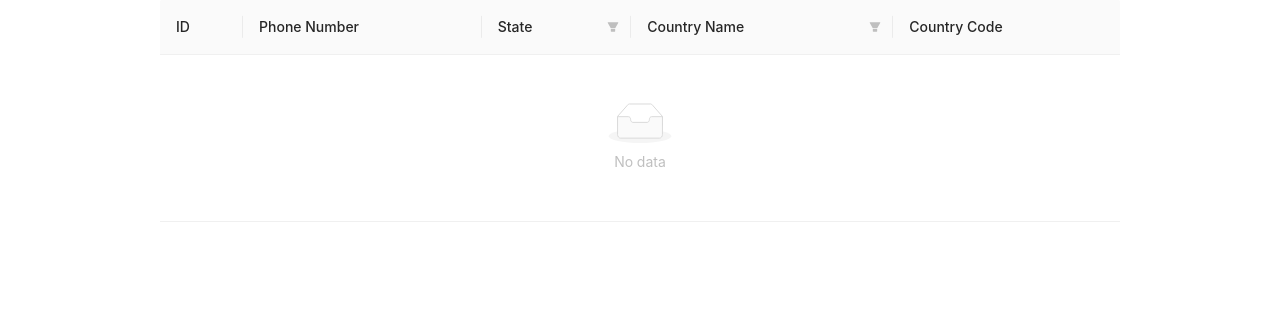
Repository: MohamedMedhat96/jumia-phone-directory-task
Page: / (app in jumia-task-frontend/)
These files come from the project's save history. The page is drawn as it stood at one moment and after the next save; the edit follows.
The browser window is 1280 px wide. The pictures show the whole page.
The project was rebuilt for these pictures with package versions that can differ from the ones it lists, and the page was loaded fresh each time.

Above is the page before, as saved 2021-10-15 13:58:19.

### jumia-task-frontend/src/App.js
import { Table } from "antd";
import Search from "antd/lib/input/Search";
import "antd/dist/antd.css";
import { useState } from "react";

function App() {

  const [pagination, setPagination] = useState({ current: 1, pageSize: 10, total: 0 })
  const stateSearch = () => {
    return <div>
      <Search
        placeholder="Search"
        onChange={e => console.log(e.target.value)}
        onPressEnter={console.log("search")}>
      </Search> </div>
  }
  const columns = [
    { title: "ID", dataIndex: "id", key: "id" },
    { title: "Phone Number", dataIndex: "phoneNumber", key: "phoneNumber" },
    { title: "State", dataIndex: "state", key: "state", filters: [{ text: "True", value: "true" }, { text: "False", value: "false" }] },
    { title: "Country Name", dataIndex: "countryName", key: "countryName", filterDropdown: stateSearch },
    { title: "Country Code", dataIndex: "countryCode", key: "countryCode" }
  ]
  return (
    <Table
      columns={columns}
      style={{ width: '75%', height: '100%', display: 'block', marginLeft: 'auto', marginRight: 'auto' }}
      pagination={pagination}>
    </Table >
  );
}

export default App;

Loaded but not shown: jumia-task-frontend/public/index.html (common file); jumia-task-frontend/src/index.js (common file); jumia-task-frontend/src/index.css (common file)

After the next save:
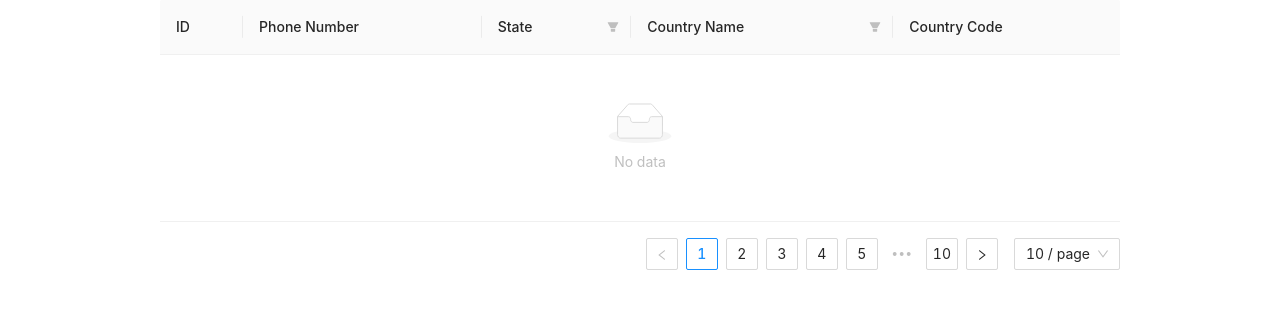
Saved 24 s later.
--- a/jumia-task-frontend/src/App.js
+++ b/jumia-task-frontend/src/App.js
@@ -5,7 +5,7 @@ import { useState } from "react";
 
 function App() {
 
-  const [pagination, setPagination] = useState({ current: 1, pageSize: 10, total: 0 })
+  const [pagination, setPagination] = useState({ current: 1, pageSize: 10, total: 100 })
   const stateSearch = () => {
     return <div>
       <Search
